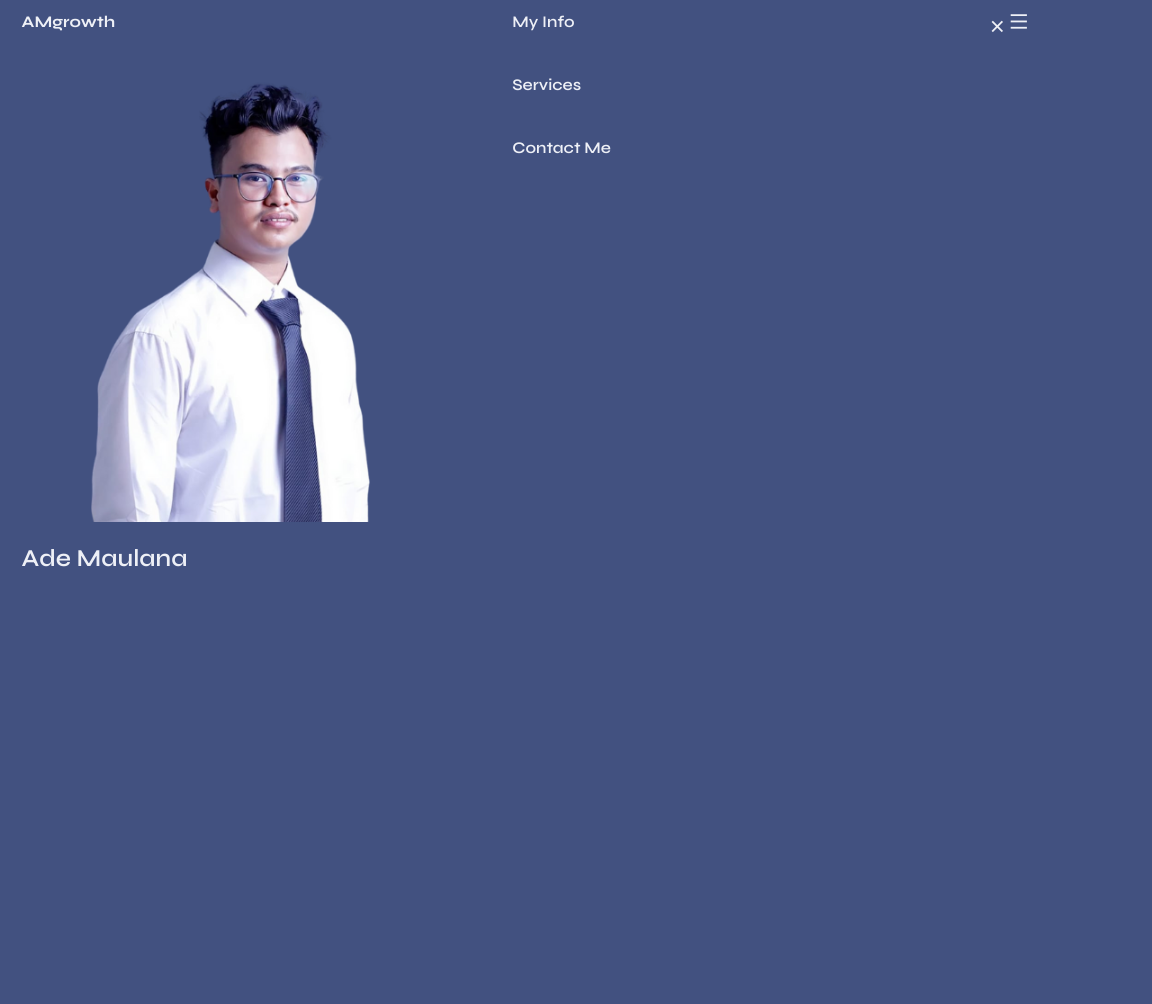
Repository: Ademaulana100499/portofolio
Page: index.html
These files come from the project's save history. The page is drawn as it stood at one moment and after the next save; the edit follows.
The browser window is 1280 px wide. The pictures show the whole page, at 90% of full size.
Some web fonts or font styles are not loaded; a fallback is used.

Above is the page before, as saved 2024-11-28 16:49:05.

### index.html
<!DOCTYPE html>
<html lang="en">
  <head>
    <meta charset="UTF-8" />
    <meta name="viewport" content="width=device-width, initial-scale=1.0" />
    <title>AMgrowth</title>
    <link rel="shortcut icon" href="assets/img/Favicon.png" />
    <link
      href="https://cdn.jsdelivr.net/npm/remixicon/fonts/remixicon.css"
      rel="stylesheet"
    />
    <link rel="stylesheet" href="assets/css/style.css" />
  </head>
  <body>
    <!-- HEADER -->
    <header class="header" id="header">
      <nav class="nav container">
        <a href="#" class="nav__logo">AMgrowth</a>
        <div class="nav__menu" id="nav-menu">
          <ul class="nav__list">
            <li>
              <a href="#home" class="nav__link">Home</a>
            </li>
            <li>
              <a href="#project" class="nav__link">Project</a>
            </li>
            <li>
              <a href="#info" class="nav__link">My Info</a>
            </li>
            <li>
              <a href="#services" class="nav__link">Services</a>
            </li>
            <li>
              <a href="#contact" class="nav__link">Contact Me</a>
            </li>
          </ul>
          <!-- Close Button -->
          <div class="nav__close" id="nav-close">
            <i class="ri-close-line"></i>
          </div>
        </div>

        <!-- Toggle Button -->
        <div class="nav__toggle" id="nav-toggle">
          <i class="ri-menu-line"></i>
        </div>
      </nav>
    </header>

    <!-- MAIN -->
    <main class="main" id="main">
      <!-- HOME -->
      <section class="home section" id="home">
        <div class="home__container container grid">
          <img src="assets/img/Photo.png" alt="image" class="home__img" />
          <div class="home__data">
            <h1>Ade Maulana</h1>
          </div>
        </div>
      </section>
      <!-- PROJECT -->
      <section class="project section" id="project"></section>
      <!-- INFO -->
      <section class="info section" id="info"></section>
      <!-- SERVICES -->
      <section class="services section" id="services"></section>
      <!-- CONTACT -->
      <section class="contact section" id="contact"></section>
    </main>

    <!-- FOOTER -->
    <footer class="footer" id="footer"></footer>
    <!-- SCROLL UP -->
    <!-- SCROLLREVEAL -->
    <script src=""></script>
    <!-- EMAIL JS -->
    <script src=""></script>
    <!-- MAIN JS -->
    <script src="assets/js/main.js"></script>
  </body>
</html>

### assets/css/style.css
@import url("https://fonts.googleapis.com/css2?family=Kite+One&family=Oooh+Baby&family=Orelega+One&family=Poppins:ital,wght@0,100;0,200;0,300;0,400;0,500;0,600;0,700;0,800;0,900;1,100;1,200;1,300;1,400;1,500;1,600;1,700;1,800;1,900&family=Syne:wght@400..800&display=swap");

/* VARIABLE CSS */
:root {
  --header-height: 3rem;

  /* Colors */
  --hue: 230;
  --first-color: hsl(var(--hue), 55%, 55%);
  --first-color-light: hsl(var(--hue), 55%, 65%);
  --first-color-alt: hsl(var(--hue), 50%, 50%);
  --title-color: hsl(var(--hue), 30%, 95%);
  --text-color: hsl(var(--hue), 20%, 80%);
  --text-color-light: hsl(var(--hue), 20%, 70%);
  --body-color: hsl(225, 32%, 38%);
  --container-color: hsl(var(--hue), 40%, 20%);

  /* Font and typography */
  --body-font: "Syne", sans-serif;
  --biggest-font-size: 3rem;
  --h1-font-size: 1.5rem;
  --h2-font-size: 1.25rem;
  --h3-font-size: 1rem;
  --normal-font-size: 0.938rem;
  --small-font-size: 0.813rem;

  /* Font weight */
  --font-regular: 400;
  --font-semi-bold: 600;
  --font-bold: 700;

  /* z index */
  --z-tooltip: 10;
  --z-fixed: 100;
}
/* Responsive typography */
@media screen and (min-width: 1150px) {
  :root {
    --biggest-font-size: 5.5rem;
    --big-font-size: 2.75rem;
    --h1-font-size: 2.25rem;
    --h2-font-size: 1.5rem;
    --h3-font-size: 1.25rem;
    --normal-font-size: 1.125rem;
    --small-font-size: 0.875rem;
  }
}

/* BASE */
* {
  margin: 0;
  padding: 0;
  box-sizing: border-box;
}

html {
  scroll-behavior: smooth;
}

body,
input,
textarea,
button {
  font-family: var(--body-font);
  font-size: var(--normal-font-size);
}

body {
  background-color: var(--body-color);
  color: var(--text-color);
}
input,
button,
textarea {
  outline: none;
  border: none;
}

h1,
h2,
h3 {
  color: var(--title-color);
  font-weight: var(--font-semi-bold);
}
p {
  line-height: 130%;
}

ul {
  list-style: none;
}

a {
  text-decoration: none;
}

img {
  display: block;
  max-width: 100%;
  height: auto;
}

/* REUSABLE CSS CLASSES */
.container {
  max-width: 1120px;
  margin-inline: 1.5rem;
}

.grid {
  display: grid;
  gap: 1.5rem;
}

.section {
  padding-block: 5rem 2rem;
}

.section__title {
  font-size: var(--h1-font-size);
  text-align: center;
  margin-bottom: 2rem;
  font-weight: var(--font-bold);
}
main {
  overflow: hidden;
}

/* HEADER & NAV */
.header {
  position: fixed;
  width: 100%;
  top: 0;
  left: 0;
  background-color: transparent;
  z-index: var(--z-fixed);
}
.nav {
  position: relative;
  height: var(--header-height);
  display: flex;
  justify-content: space-between;
  align-items: center;
}

.nav__logo {
  color: var(--title-color);
  font-weight: var(--font-bold);
}
.nav__toggle,
.nav__close {
  font-size: 1.5rem;
  cursor: pointer;
  color: var(--title-color);
}
/* Navigation for mobile */
@media screen and (max-width: 1150px) {
  .nav__menu {
    position: fixed;
    top: 0;
    right: -100%;
    background-color: hsla(var(--hue), 70%, 4%, 0.2);
    backdrop-filter: blur(16px);
    -webkit-backdrop-filter: blur(16px);
    width: 80%;
    height: 100%;
    padding: 7rem 3rem;
    transition: right 0.4s;
  }
}
.nav__list {
  display: flex;
  flex-direction: column;
  row-gap: 3rem;
}
.nav__link {
  position: relative;
  color: var(--title-color);
  font-weight: var(--font-semi-bold);
  transition: color 0.4s;
}
.nav__link::after {
  content: "";
  width: 0;
  height: 2px;
  background-color: var(--first-color-light);
  position: absolute;
  left: 0;
  bottom: -0.5rem;
  transition: width 0.3s;
}
.nav__link:hover {
  color: var(--first-color-light);
}
.nav__link:hover::after {
  width: 30%;
}
.nav__close {
  position: absolute;
  top: 1rem;
  right: 1.5rem;
}

/* Show Menu */
.show-menu {
  right: 0;
}
/* Add blur to header */
/* Active link */

/* HOME */

### assets/js/main.js
const navMenu = document.getElementById("nav-menu"),
  navToggle = document.getElementById("nav-toggle"),
  navClose = document.getElementById("nav-close");

if (navToggle) {
  navToggle.addEventListener("click", () => {
    navMenu.classList.add("show-menu");
  });
}

if (navClose) {
  navClose.addEventListener("click", () => {
    navMenu.classList.remove("show-menu");
  });
}

const navLink = document.querySelectorAll(".nav__link");
const linkAction = () => {
  const navMenu = document.getElementById("nav-menu");
  navMenu.classList.remove("show-menu");
};
navLink.forEach((n) => n.addEventListener("click", linkAction));

After the next save:
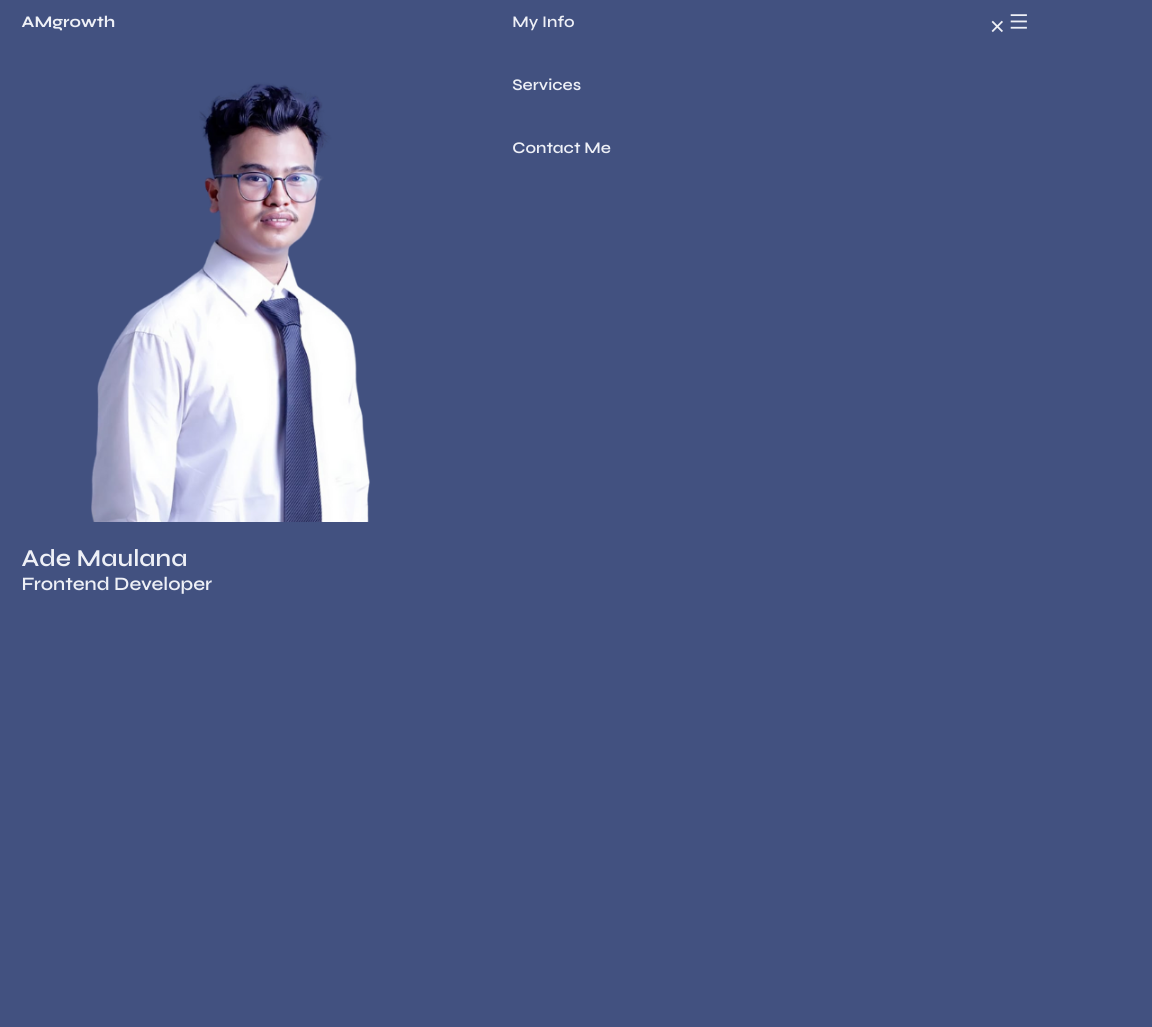
Saved 14 s later.
--- a/index.html
+++ b/index.html
@@ -55,6 +55,7 @@
           <img src="assets/img/Photo.png" alt="image" class="home__img" />
           <div class="home__data">
             <h1>Ade Maulana</h1>
+            <h3>Frontend Developer</h3>
           </div>
         </div>
       </section>
